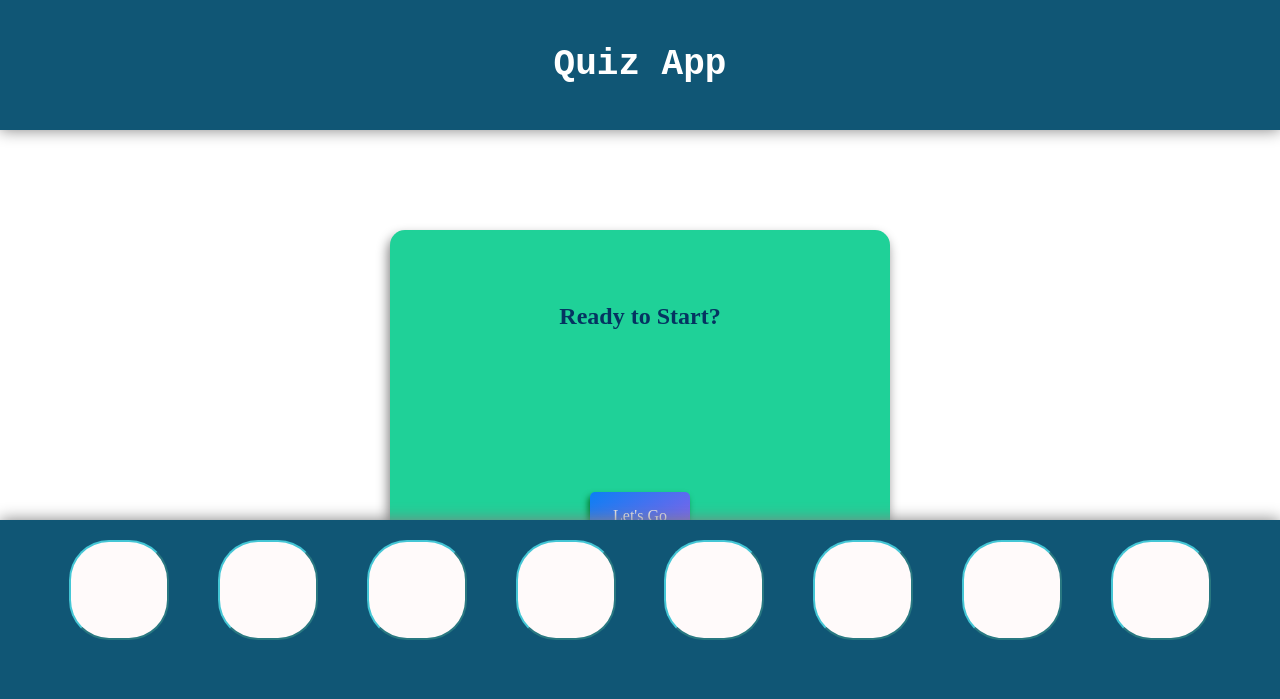
Repository: tpic12/quiz_app
Page: index.html
An editor plug-in stored every save of this project. The page is shown before and after the next save, followed by the edit.
The browser window is 1280 px wide. The pictures show the whole page.

Above is the page before, as saved 2019-12-23 15:47:25.

After the next save:
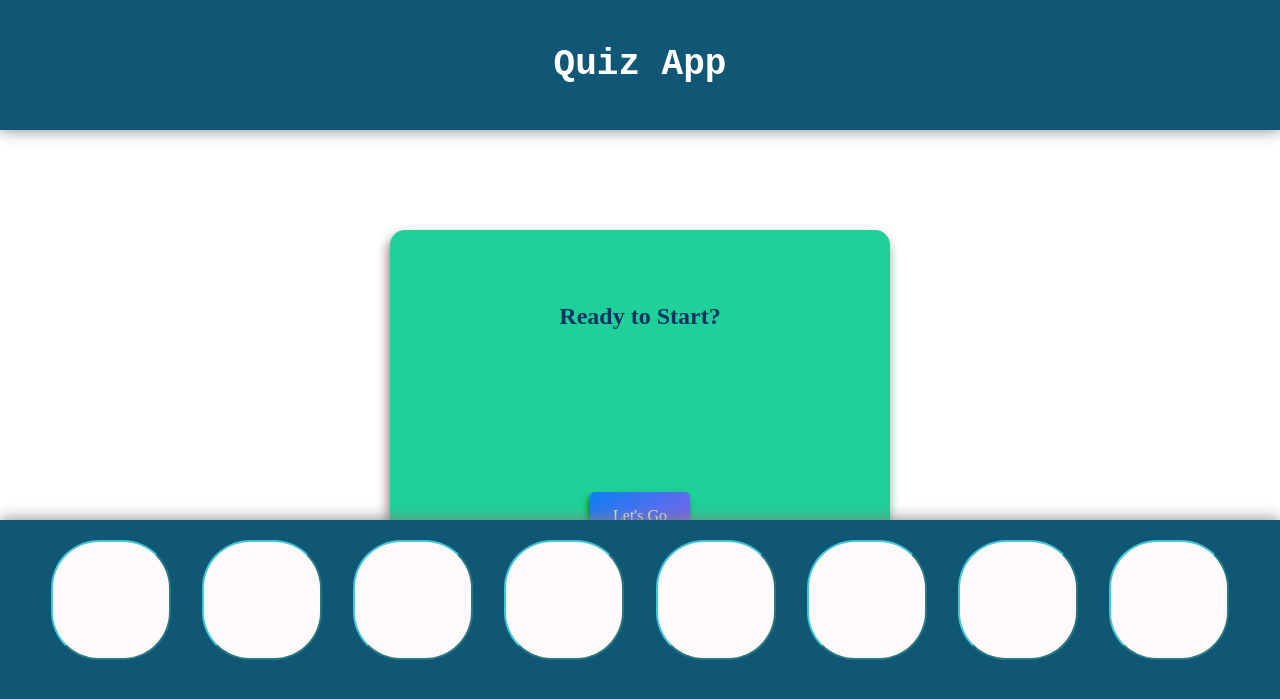
Saved 11 s later.
--- a/app.css
+++ b/app.css
@@ -107,8 +107,8 @@ footer {
   border: 2px outset hsl(186, 63%, 55%);
   border-radius: 40%;
   flex-direction: row;
-  width: 100px;
-  height: 100px;
+  width: 120px;
+  height: 120px;
   background-color: hsl(0, 100%, 99%);
   padding: 5px;
 }
